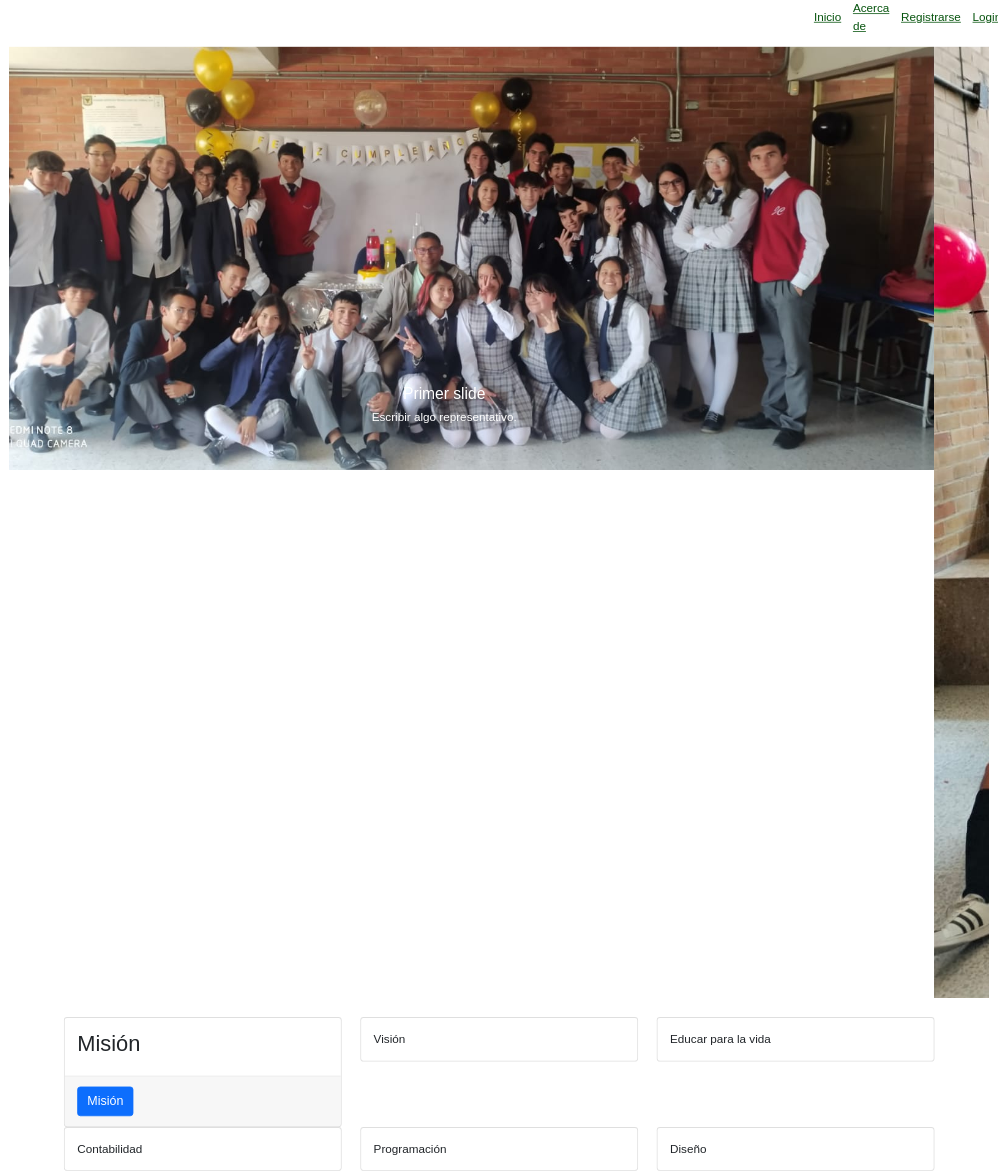
Repository: AntonnySant/webColegio
Page: index.html
The author's editor kept a copy of each file at every save. The page is drawn from the files as they stood at one save, then again after the next save.
The browser window is 1280 px wide. The pictures show the whole page, at 78% of full size.

Above is the page before, as saved 2023-10-17 17:04:38.
Console error: TypeError: Cannot set properties of null (setting 'onclick')

### index.html
<!DOCTYPE html>
<html lang="en">

<head>
    <meta charset="UTF-8">
    <meta http-equiv="X-UA-Compatible" content="IE=edge">
    <meta name="viewport" content="width=device-width, initial-scale=1.0">
    <!-- Compiled and minified CSS -->
    <link href="https://cdn.jsdelivr.net/npm/bootstrap@5.0.2/dist/css/bootstrap.min.css" rel="stylesheet"
        integrity="sha384-EVSTQN3/azprG1Anm3QDgpJLIm9Nao0Yz1ztcQTwFspd3yD65VohhpuuCOmLASjC" crossorigin="anonymous">
    <link rel="stylesheet" type="text/css" href="./styles.css">

    <title>Document</title>
</head>

<body>
    <header class="header">
        <!-- <img src="https://juandelcorral.edu.co/wp-content/uploads/2023/03/escudo_2019_verde_fondo-670x1024.png"
            id="img_logo" alt="">
        <p>COLEGIO I.T.D. JUAN DEL CORRAL I.E.D.</p> -->
        <nav>
            <ul class="nav-right-section">
                <li><a href="#">Inicio</a></li>
                <li><a href="#">Acerca de</a></li>
                <li><a href="#">Registrarse</a>
                    <!-- <button id="openModal">Registrarse</button>
                    <div id="registrationModal" class="modal">
                        <div class="modal-content">
                            <span class="close" id="closeModal">&times;</span>
                            <h2>Registro</h2>
                            <form>
                                <label for="username">Nombre de usuario:</label>
                                <input type="text" id="username" name="username" required>
                                <label for="password">Contraseña:</label>
                                <input type="password" id="password" name="password" required>
                                <button type="submit">Registrarse</button>
                            </form>
                        </div>
                    </div> -->
                </li>
                <li><a href="#">Login</a>
                    <!-- <button id="openModalBtn">Iniciar sesión</button>
                    <div id="loginModal" class="modal">
                        <div class="modal-content">
                            <span class="close" id="closeModalBtn">&times;</span>
                            <h2>Iniciar sesión</h2>
                            <form>
                                <input type="text" placeholder="Usuario">
                                <input type="password" placeholder="Contraseña">
                                <button type="submit">Iniciar sesión</button>
                            </form>
                        </div>
                    </div> -->
                </li>
            </ul>
        </nav>
    </header>






    <div class="container-fluid">
        <!-- Carrosul dinamico con las 4 imagenes  -->
        <!-- <div class="container"> -->
        <div class="row py-4">
            <div id="carrusel" class="carousel slide" data-bs-ride="carousel">
                <div class="carousel-indicators">
                    <button type="button" data-bs-target="#carouselExampleCaptions" data-bs-slide-to="0" class="active"
                        aria-current="true" aria-label="Slide 1"></button>
                    <button type="button" data-bs-target="#carouselExampleCaptions" data-bs-slide-to="1"
                        aria-label="Slide 2"></button>
                    <button type="button" data-bs-target="#carouselExampleCaptions" data-bs-slide-to="2"
                        aria-label="Slide 3"></button>
                    <button type="button" data-bs-target="#carouselExampleCaptions" data-bs-slide-to="3"
                        aria-label="Slide 4"></button>
                </div>
                <div class="carousel-inner">
                    <div class="carousel-item active">
                        <img src="foto1.jpeg" class="d-block w-100 img-fluid" alt="...">
                        <div class="carousel-caption d-none d-md-block">
                            <h5>Primer slide</h5>
                            <p>Escribir algo representativo.</p>
                        </div>
                    </div>
                    <div class="carousel-item">
                        <img src="foto2.jpeg" class="d-block w-100 img-fluid" alt="...">
                        <div class="carousel-caption d-none d-md-block">
                            <h5>Segundo slide</h5>
                            <p>Escribir algo representativo.</p>
                        </div>
                    </div>

                    <div class="carousel-item">
                        <img src="foto3.jpeg" class="d-block w-100 img-fluid" alt="...">
                        <div class="carousel-caption d-none d-md-block">
                            <h5>Tercer slide</h5>
                            <p>Escribir algo representativo.</p>
                        </div>
                    </div>

                    <div class="carousel-item">
                        <img src="foto4.jpeg" class="d-block w-100 img-fluid" alt="...">
                        <div class="carousel-caption d-none d-md-block">
                            <h5>Cuarto slide</h5>
                            <p>Escribir algo representativo.</p>
                        </div>
                    </div>
                </div>
                <button class="carousel-control-prev" type="button" data-bs-target="#carouselExampleCaptions"
                    data-bs-slide="prev">
                    <span class="carousel-control-prev-icon" aria-hidden="true"></span>
                    <span class="visually-hidden">Previous</span>
                </button>
                <button class="carousel-control-next" type="button" data-bs-target="#carouselExampleCaptions"
                    data-bs-slide="next">
                    <span class="carousel-control-next-icon" aria-hidden="true"></span>
                    <span class="visually-hidden">Next</span>
                </button>
                <!-- </div> -->
            </div>
        </div>
        <!--Cierre carrusel-->

        <div class="container">
            <div class="row">
                <div class="col-xs-12 col-md-4">
                    <div class="card">
                        <div class="card-body">
                            <h3>Misión</h3>
                            <!-- Button trigger modal -->



                            <!-- Modal -->
                            <div class="modal fade" id="exampleModal" tabindex="-1" aria-labelledby="exampleModalLabel"
                                aria-hidden="true">
                                <div class="modal-dialog">
                                    <div class="modal-content">
                                        <div class="modal-header">
                                            <h5 class="modal-title" id="exampleModalLabel">Modal title</h5>
                                            <button type="button" class="btn-close" data-bs-dismiss="modal"
                                                aria-label="Close"></button>
                                        </div>
                                        <div class="modal-body">
                                            ...
                                        </div>
                                        <div class="modal-footer">
                                            <button type="button" class="btn btn-secondary"
                                                data-bs-dismiss="modal">Close</button>
                                            <button type="button" class="btn btn-primary">Save changes</button>
                                        </div>
                                    </div>
                                </div>
                            </div>
                        </div>
                        <div class="card-footer">
                            <button type="button" class="btn btn-primary" data-bs-toggle="modal"
                                data-bs-target="#exampleModal">
                                Misión
                            </button>
                        </div>
                    </div>
                </div>
                <div class="col-xs-12 col-md-4">
                    <div class="card">
                        <div class="card-body">
                            Visión
                            <div class="modal" tabindex="-1">
                                <div class="modal-dialog">
                                    <div class="modal-content">
                                        <div class="modal-header">
                                            <h5 class="modal-title">Modal title</h5>
                                            <button type="button" class="btn-close" data-bs-dismiss="modal"
                                                aria-label="Close"></button>
                                        </div>
                                        <div class="modal-body">
                                            <p>Modal body text goes here.</p>
                                        </div>
                                        <div class="modal-footer">
                                            <button type="button" class="btn btn-secondary"
                                                data-bs-dismiss="modal">Close</button>
                                            <button type="button" class="btn btn-primary">Save changes</button>
                                        </div>
                                    </div>
                                </div>
                            </div>
                        </div>
                    </div>
                </div>
                <div class="col-xs-12 col-md-4">
                    <div class="card">
                        <div class="card-body">
                            Educar para la vida
                        </div>
                    </div>
                </div>
            </div>
        </div>

        <div class="container">
            <div class="row">
                <div class="col">
                    <div class="card">
                        <div class="card-body">
                            Contabilidad
                        </div>
                    </div>
                </div>
                <div class="col">
                    <div class="card">
                        <div class="card-body">
                            Programación
                        </div>
                    </div>
                </div>
                <div class="col">
                    <div class="card">
                        <div class="card-body">
                            Diseño
                        </div>
                    </div>
                </div>
            </div>
        </div>
    </div>

    <!-- Compiled and minified JavaScript -->
    <script src="https://cdn.jsdelivr.net/npm/bootstrap@5.0.2/dist/js/bootstrap.bundle.min.js"
        integrity="sha384-MrcW6ZMFYlzcLA8Nl+NtUVF0sA7MsXsP1UyJoMp4YLEuNSfAP+JcXn/tWtIaxVXM" crossorigin="anonymous">
    </script>
    <script src="script.js"></script>
</body>

</html>

### styles.css
/* styles.css */
/* Estilos para el encabezado */
body {
    margin: 0;
    padding: 0;
    font-size: 15px;
    font-family: Arial, Helvetica, sans-serif;
}

.header {
    position: fixed;
    /* top: 0;
    left: 0; */
    width: 100%;
    height: 60px;
    background-color: white;
    /* padding: 10px 0; */
    z-index: 1;
  }

  header nav {
    display: flex;
    justify-content: flex-end;
  }

  header nav .nav-right-section {
    width: 250px;
    height: auto;
    display: flex;
    list-style: none;
    justify-content: center;
    align-items: center;
  }

  nav .nav-right-section a {
    /* text-decoration: none; */
    margin-right: 15px;
    color: #07540E;
  }

  /* .header ul {
    list-style: none;
    margin: 0;
    padding: 0;
    float: right;
    margin: 15px;
  }

  .header ul li {
    display: flex;
    margin-right: 20px;
  }

  .header ul li:last-child {
    margin-right: 0;
  } */

  header p{
    margin-top: 15px;
    font-family: Arial, Helvetica, sans-serif;
    font-size: 36px;
    text-align: left;
    color: #07540E;

  }

  /* .content {
    margin-top: 60px;
  } */

  #carrusel {
    z-index: -2;
  }

.modal {
    display: none;
    position: fixed;
    top: 0;
    left: 0;
    width: 100%;
    height: 100%;
    background-color: rgba(0,0,0,0.5);
  }

  .modal-content {
    background-color: #fff;
    margin: 10% auto;
    padding: 20px;
    width: 300px;
    box-shadow: 0 4px 8px 0 rgba(0,0,0,0.2);
  }

  .close {
    float: right;
    font-size: 24px;
    cursor: pointer;
  }

  /* Estilos para el modal */
.modal {
    display: none;
    position: fixed;
    z-index: 1;
    left: 0;
    top: 0;
    width: 100%;
    height: 100%;
    background-color: rgba(0,0,0,0.7);
  }

  .modal-content {
    background-color: #fefefe;
    margin: 10% auto;
    padding: 20px;
    border: 1px solid #888;
    width: 50%;
  }

  .close {
    float: right;
    font-size: 20px;
    cursor: pointer;
  }

  /* Estilos para el botón "Registrarse" */
  #openModal {
    display: inline-block;
    padding: 10px 20px;
    background-color: #007bff;
    color: #fff;
    border: none;
    cursor: pointer;
  }

  /* Estilos para el formulario dentro del modal */
  form {
    display: flex;
    flex-direction: column;
  }

  label, input, button {
    margin: 5px 0;
  }

  img {
    height: 600px;
  }

  #img_logo {
    width: 120px;
    height: 140px;
    float: left;
    margin: 15px;
    margin-top: 10px;
  }


  /* Añade estilos adicionales según tu preferencia */

### script.js
// script.js
document.getElementById("openModalBtn").onclick = function() {
    document.getElementById("loginModal").style.display = "block";
  }

  document.getElementById("closeModalBtn").onclick = function() {
    document.getElementById("loginModal").style.display = "none";
  }

  window.onclick = function(event) {
    if (event.target === document.getElementById("loginModal")) {
      document.getElementById("loginModal").style.display = "none";
    }
  }


const openModalButton = document.getElementById("openModal");
const closeModalButton = document.getElementById("closeModal");
const registrationModal = document.getElementById("registrationModal");

openModalButton.addEventListener("click", () => {
  registrationModal.style.display = "block";
});

closeModalButton.addEventListener("click", () => {
  registrationModal.style.display = "none";
});

window.addEventListener("click", (event) => {
  if (event.target === registrationModal) {
    registrationModal.style.display = "none";
  }
});

var myModal = document.getElementById('myModal')
var myInput = document.getElementById('myInput')

myModal.addEventListener('shown.bs.modal', function () {
  myInput.focus()
})

After the next save:
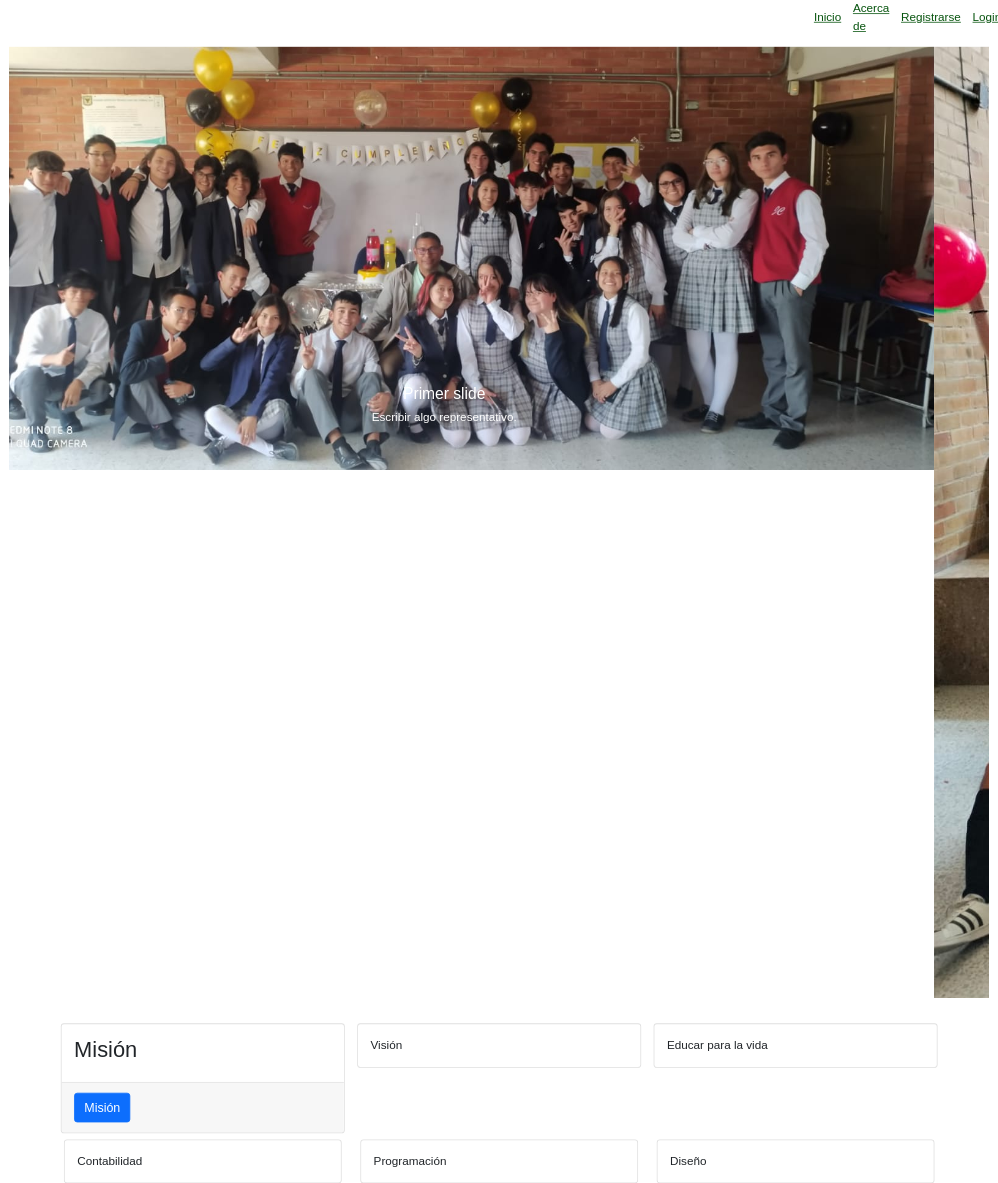
Saved 24 s later.
--- a/index.html
+++ b/index.html
@@ -125,7 +125,7 @@
 
         <div class="container">
             <div class="row">
-                <div class="col-xs-12 col-md-4">
+                <div class="col-xs-12 col-md-4 p-2">
                     <div class="card">
                         <div class="card-body">
                             <h3>Misión</h3>
@@ -163,7 +163,7 @@
                         </div>
                     </div>
                 </div>
-                <div class="col-xs-12 col-md-4">
+                <div class="col-xs-12 col-md-4 p-2">
                     <div class="card">
                         <div class="card-body">
                             Visión
@@ -189,7 +189,7 @@
                         </div>
                     </div>
                 </div>
-                <div class="col-xs-12 col-md-4">
+                <div class="col-xs-12 col-md-4 p-2">
                     <div class="card">
                         <div class="card-body">
                             Educar para la vida
